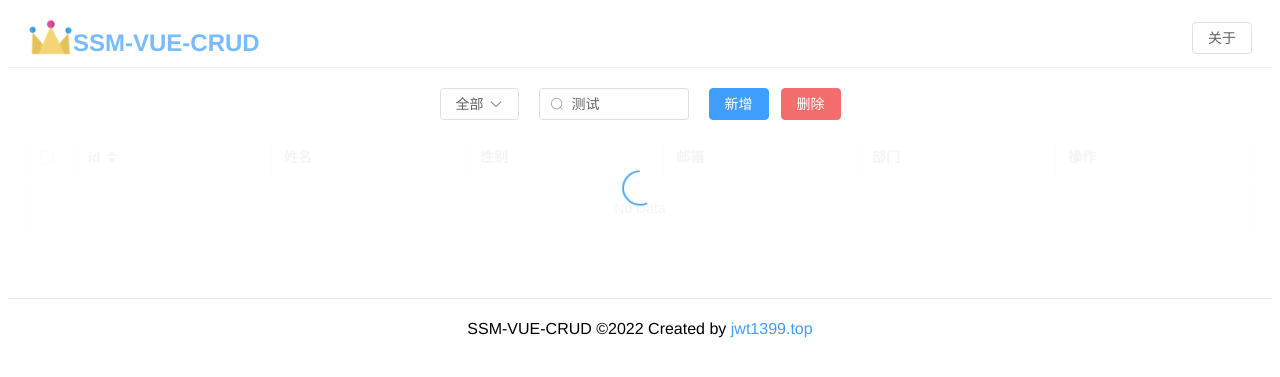
Repository: jwt1399/ssm-vue-crud
Page: / (app in ssm-crud-front/)
These files come from the project's save history. The page is drawn as it stood at one moment and after the next save; the edit follows.
The browser window is 1280 px wide. The pictures show the whole page.
The page's requests for data from a server got no answer. The project was rebuilt for these pictures with package versions that can differ from the ones it lists, and the page was loaded fresh each time. No one was signed in, and anything a server would have sent is missing. Also part of the build but not shown: ssm-crud-front/vue.config.js.

Above is the page before, as saved 2022-06-17 14:16:58.

### ssm-crud-front/public/index.html
<!DOCTYPE html>
<html lang="zh-Hans">
  <head>
    <meta charset="utf-8">
    <meta http-equiv="X-UA-Compatible" content="IE=edge">
    <meta name="viewport" content="width=device-width,initial-scale=1.0">
    <link rel="icon" href="<%= BASE_URL %>favicon.png">
    <title><%= htmlWebpackPlugin.options.title %></title>
  </head>
  <body>
    <noscript>
      <strong>We're sorry but <%= htmlWebpackPlugin.options.title %> doesn't work properly without JavaScript enabled. Please enable it to continue.</strong>
    </noscript>
    <div id="app"></div>
    <!-- built files will be auto injected -->
  </body>
</html>

### ssm-crud-front/src/main.js
import { createApp } from 'vue'
import App from './App.vue'
import router from './router'
import ElementPlus from 'element-plus'
import 'element-plus/dist/index.css'
import * as ElementPlusIconsVue from '@element-plus/icons-vue'

const app = createApp(App)

//配置全局icon
for (const [key, component] of Object.entries(ElementPlusIconsVue)) {
    app.component(key, component)
  }

app.use(router).use(ElementPlus).mount('#app')

### ssm-crud-front/src/App.vue
<template>
  <Header/>
  <router-view/>
  <Footer/>
</template>


<script setup>
import Header from '@/components/Header.vue'
import Footer from '@/components/Footer.vue'
</script>



<style>
#app {
  font-family: Avenir, Helvetica, Arial, sans-serif;
  -webkit-font-smoothing: antialiased;
  -moz-osx-font-smoothing: grayscale;
  /* text-align: center; */
  /* color: #2c3e50; */
}
</style>


<!-- 不使用script setup语法糖 -->
<!-- <script>
import Header from '@/components/Header.vue'
import Footer from '@/components/Footer.vue'
export default {
    components: {
        Header,
        Footer,
    }
}
</script> -->

### ssm-crud-front/src/router/index.js
import { createRouter, createWebHashHistory } from 'vue-router'
import CrudView from '../views/CrudView.vue'
const routes = [
  {
    path: '/',
    name: 'home',
    component: CrudView
  },
  {
    path: '/about',
    name: 'about',
    // 懒加载
    component: () => import(/* webpackChunkName: "about" */ '../views/AboutView.vue')
  }
]

const router = createRouter({
  history: createWebHashHistory(),
  routes
})

export default router

### ssm-crud-front/src/components/Header.vue
<template>
  <el-header class="header">
      <a href="/" class="nav-link">
        <img class="nav-logo" src="../assets/favicon.png" alt="logo"/>
        <h2 class="nav-title">SSM-VUE-CRUD</h2>
      </a>
    <el-button type="default" size="default" :plain="true" @click="skipAbout()">关于</el-button>
  </el-header>
</template>

<script setup>
import { useRouter } from "vue-router";
import { ElMessage} from "element-plus";


//关于页跳转
const router = useRouter();
const skipAbout = () => {
  // window.location.href='#/about';
  // router.push({path:'about'})
  router.push({ name: "about" }); //路由名
  //弹框提示
  ElMessage({
    showClose: true,
    message: "这是本项目的关于页面！",
    center: true,
    type: "success",
  });
};


</script>

<style scoped>
.header {
  display: flex;
  align-items: center;
  justify-content: space-between;
  width: 100%;
  border-bottom: 1px solid #eee;
  min-width: 800px;
}
.nav-logo {
  height: 45px;
  width: 45px;
  vertical-align: middle;
  display: inline-block;
}
.nav-title {
  /* font-size: 2rem; */
  display: inline-block;
  vertical-align: middle;
  color: #79bbff;
  padding-top: 10px;
}
</style>

<!-- 不使用script setup语法糖 -->
<!-- <script>
import { ref } from 'vue'
import { useRouter } from 'vue-router'
import { Search } from '@element-plus/icons-vue'
export default {
    name: 'Header',
    setup() {
        const defaultText = ref("测试")
        const router = useRouter()
        const skipAbout = ()=>{
        // window.location.href='#/about';
        // router.push({path:'about'})
        router.push({ name: 'about'})
        }
        return {
            skipAbout,
            Search,
            defaultText,
        }
    },
}
</script> -->

### ssm-crud-front/src/components/Footer.vue
<template>
<el-footer class="footer">
    <span>SSM-VUE-CRUD ©2022 Created by </span>
    <a href="https://jwt1399.top" style="text-decoration: none;color: #409eff;"> jwt1399.top</a>
 </el-footer>
</template>

<!-- 不使用script setup语法糖 -->
<!-- <script>
export default{
    name:'Footer',
}
</script> -->

 <style scoped>
.footer {
    /* 显示在底部*/
    position: relative;
    text-align: center;
    width: 100%;
    /* 垂直居中23-24 */
    height: 60px;
    line-height:60px;
    background-color: #fff;
    border-top:1px solid #E7E7E7;
}
</style>

### ssm-crud-front/src/views/CrudView.vue
<template>
  <el-main>
    <!--员工增删查-->
    <div class="table-item">
      <!-- <el-dropdown>
        <el-button size="default">
            全部
          <el-icon class="el-icon--right"><arrow-down/></el-icon>
        </el-button>
        <template #dropdown>
          <el-dropdown-menu>
            <el-dropdown-item>Action 1</el-dropdown-item>
            <el-dropdown-item>Action 2</el-dropdown-item>
          </el-dropdown-menu>
        </template>
      </el-dropdown> -->

        <el-dropdown>
            <el-button size="default">
                全部
            <el-icon class="el-icon--right"><arrow-down/></el-icon>
            </el-button>

            <template #dropdown>
                <el-dropdown-menu>
                <!-- <el-dropdown-item :command="-1">全部</el-dropdown-item> -->
                <el-dropdown-item v-for="(item, index) in DeptList" :command="index" :key="index">
                    {{ item.deptName }}
                </el-dropdown-item>
                </el-dropdown-menu>
            </template>
          </el-dropdown>


      <div class="table-search">
        <el-input placeholder="请输入名字" v-model="defaultText" size="default"
          :prefix-icon="Search"
          @change="searchChange"
          clearable>
        </el-input>
      </div>
      <el-button type="primary" size="default" @click="handleAdd()">新增</el-button>
      <el-button type="danger" size="default" @click="handleBatchDelete()">删除</el-button>
    </div>
    <br/>
    <!--员工列表-->
    <div class="data-table">
      <el-table
        :data="employeeList"
        border
        style="width: 100%"
        v-loading="loading"
        @selection-change="handleSelectionChange"
      >
        <el-table-column type="selection"></el-table-column>
        <el-table-column prop="empId" label="id" sortable></el-table-column>
        <el-table-column prop="empName" label="姓名"></el-table-column>
        <el-table-column prop="gender" label="性别" :formatter="formatterSex"></el-table-column>
        <el-table-column prop="email" label="邮箱"></el-table-column>
        <el-table-column prop="department.deptName" label="部门"></el-table-column>
        <el-table-column label="操作">
          <template #default="scope">
            <el-button
              type="primary"
              size="large"
              :icon="Edit"
              @click="handleEdit(scope.$index, scope.row)"
              circle
            >
            </el-button>
            <el-button
              type="danger"
              size="large"
              :icon="Delete"
              @click="handleDelete(scope.$index, scope.row)"
              circle
            >
            </el-button>
          </template>
        </el-table-column>
      </el-table>
    </div>
    <!--分页-->
    <div class="table-pagination">
      <el-pagination
        v-model:current-page="pageNum"
        v-model:page-size="pageSize"
        :page-sizes="[5, 10, 15, 20]"
        :small="small"
        :disabled="disabled"
        :background="background"
        layout="total, sizes, prev, pager, next, jumper"
        :total="total"
        @size-change="handleSizeChange"
        @current-change="handleCurrentChange"
      >
      </el-pagination>
    </div>
  </el-main>

  <!--修改/添加表单-->
  <el-dialog
    v-model="dialogFormVisible"
    :title="editNameDisabled ? '修改' : '添加'"
    @close="dialogClose">
    <el-form
      :model="EmpForm"
      :rules="rules"
      ref="formRef"
      label-position="right"
      label-width="80px"
      status-icon>
      <el-form-item label="姓名" prop="empName">
        <el-input v-model="EmpForm.empName" :disabled="editNameDisabled"></el-input>
      </el-form-item>
      <el-form-item label="邮箱" prop="email">
        <el-input v-model="EmpForm.email"></el-input>
      </el-form-item>
      <el-form-item label="性别" prop="gender">
        <el-radio-group v-model="EmpForm.gender">
          <el-radio :label="1" border size="default">男</el-radio>
          <el-radio :label="2" border size="default">女</el-radio>
        </el-radio-group>
      </el-form-item>
      <el-form-item label="所属部门" prop="dId">
        <el-select v-model="EmpForm.dId" placeholder="请选择部门">
            <el-option v-for="(item,index) in DeptList" :key="index" :label="item.deptName" :value="item.deptId">
            </el-option>
        </el-select>
      </el-form-item>
    </el-form>
    <template #footer>
      <span class="dialog-footer">
        <el-button @click="resetForm">取消</el-button>
        <el-button @click="addSubmit" type="primary" >确定</el-button>
      </span>
    </template>
  </el-dialog>
</template>

<script setup>
import { ElMessage, ElMessageBox } from "element-plus";
import { ref, onBeforeMount, reactive } from "vue";
import { Search, Edit, Delete } from "@element-plus/icons-vue";
import axios from "axios";

/**
 * 员工增删改查
 */
// 新增按钮
const handleAdd = (index, row) => {
    console.log(index, row);
    getAllDept();
    editNameDisabled.value = false;
    dialogFormVisible.value = true;
};
// 批量删除按钮
const handleBatchDelete = () => {
  if (batchIds.length == 0) {
    ElMessage({
      message: "最少选择一位员工！",
      type: "warning",
    });
    return;
  }
  ElMessageBox.confirm("此操作将永久删除该信息, 是否继续?", "提示", {
    confirmButtonText: "确定",
    cancelButtonText: "取消",
    type: "warning",
  })
    .then(() => {
      axios
        .batchDeleteEmployee({
          ids: batchIds,
        })
        .then((res) => {
          ElMessage({
            type: "success",
            message: res.msg,
          });
          this.getEmployeeList();
        })
        .catch((res) => {
          ElMessage({
            type: "info",
            message: res.msg,
          });
        });
    })
    .catch(() => {
      ElMessage({
        type: "info",
        message: "删除取消",
      });
    });
};

const defaultText = ref("测试");
//查询输入框
const searchChange = (val) => {
  console.log(val);
  getEmployeeList();
};




/**
 * 分页相关
 **/
const pageNum = ref(1);
const pageSize = ref(5);
const small = ref(false);
const background = ref(true);
const disabled = ref(false);
const total = ref(null);
const handleSizeChange = (val) => {//每页条目数
  console.log(`每页条目数：${val}`);
  getEmployeeList(pageNum.value, val);
};
const handleCurrentChange = (val) => {//当前页面
  console.log(`当前页面: ${val}`);
  getEmployeeList(val, pageSize.value);
};



//勾选框改变
let batchIds = ref(null);
const handleSelectionChange = (arr) => {
  console.log(arr);
  var arrs = [];
  for (var i = 0; i < arr.length; i++) {
    arrs.push(arr[i].empId);
  }
  batchIds = arrs.join();
  console.log(batchIds);
};

//获取员工数据
const employeeList = ref([]);
const loading = ref(true); //加载动画
function getEmployeeList(pageNum, pageSize) {
  axios
    .get("api/ssm_crud_back/employees/", {
      params: {
        pageNum: pageNum,
        pageSize: pageSize,
      },
    })
    .then(function (res) {
      console.log("所有员工信息：" , res.data);
      loading.value = false;
      employeeList.value = res.data.data.pageInfo.list;
      total.value = res.data.data.pageInfo.total;
      pageSize = res.data.data.pageInfo.pageSize;
      pageNum = res.data.data.pageInfo.pageNum;
    })
    .catch(function (error) {
      console.log(error);
    });
}
// 性别格式化
const formatterSex = (row, column) => {
  return row.gender == 1 ? "男" : "女";
};

// 删除按钮
const handleDelete = (index, row) => {
  console.log(index, row);
  ElMessageBox.confirm("此操作将永久删除该信息, 是否继续?", "提示", {
    confirmButtonText: "确定",
    cancelButtonText: "取消",
    type: "warning",
  })
    .then(() => {
      deleteEmployee(row.empId);
    })
    .catch(() => {
      ElMessage({ type: "info", message: "删除取消" });
    });
};
// 删除员工信息
function deleteEmployee(empId) {
  axios
    .delete(`api/ssm_crud_back/delete/${empId}`)
    .then((response) => {
      if (response.data.code == 100) {
        getEmployeeList();
        ElMessage({ type: "success", message: "删除成功" });
      } else {
        ElMessage({ type: "error", message: "删除失败" });
      }
    })
    .catch((error) => {
      console.log(error);
    });
}

let EmpForm = ref({
  empName: "",
  email: "",
  gender: "",
  dId: "",
  department: {
    deptId: "",
    deptName: "",
  },
});

// const EmpForm = ref({});
// 查询单个员工信息
function getEmployee(empId) {
  axios
    .get(`api/ssm_crud_back/emp/${empId}`)
    .then((response) => {
        console.log("单个员工信息：",response.data);
        EmpForm.value = response.data.data.emp;
        console.log(EmpForm);
    })
    .catch((error) => {
        console.log(error);
    });
}

//显示/隐藏对话框
let dialogFormVisible = ref(false);
//名字是否可编辑
let editNameDisabled = ref(false);

// 修改按钮
const handleEdit = (index, row) => {
  console.log(index, row);
  console.log(row.empId);
  getEmployee(row.empId);
  getAllDept();
  editNameDisabled.value = true;
  dialogFormVisible.value = true;
};

// 更新员工信息
function updateEmp(params) {
  axios.put("api/ssm_crud_back/update", {...params})
    .then((response) => {
        console.log(response.data)
      if (response.data.code == 100) {
        ElMessage({ type: "success", message: "更新成功" });
        getEmployeeList();
      } else {
        ElMessage({ type: "error", message: "更新失败" });
      }
    })
    .catch((error) => {
      console.log(error);
    });
}

onBeforeMount(() => {
  getEmployeeList();
});

let DeptList = ref({})
//获取所有部门
function getAllDept() {
    axios.get("api/ssm_crud_back/dept")
    .then(res => {
        console.log("部门信息：",res.data);
        DeptList.value = res.data.data.dept;
    })
    .catch(error => {
      console.log(error);
    });
}




//表单验证
const rules = reactive({
  empName: [
    {
      required: true,
      message: "请输入姓名",
      trigger: "blur",
    },
    {
      min: 1,
      max: 15,
      message: "长度应该1 ～ 15",
      trigger: "blur",
    },
  ],
  email: [
    {
      required: true,
      message: "请输入正确邮箱",
      trigger: "blur",
      pattern: /^[A-Za-z0-9\u4e00-\u9fa5]+@[a-zA-Z0-9_-]+(\.[a-zA-Z0-9_-]+)+$/,
    },
  ],
  gender: [
    {
      required: true,
      message: "请选择性别",
      trigger: "blur",
    },
  ],
  dId: [
    {
      required: true,
      message: "请选择部门",
      trigger: "blur",
    },
  ],
  department: [
    {
      required: true,
      message: "请选择部门",
      trigger: "blur",
    },
  ],
});

let formRef = ref(null);
// onMounted(()=>{
//     console.log(formRef.value)
// });



//表单验证
function submitForm() {
  let flag = false;
  formRef.value.slotsvalidate((valid) => {
    if (valid) {
      flag = true;
    } else {
      flag = false;
      return false;
    }
  });
  return flag;
}

function resetForm() {
  formRef.value.resetFields();
  dialogFormVisible.value = false;
}

function dialogClose() {
  console.log(formRef.value);
  formRef.value.resetFields();
}

//提交
function addSubmit() {
//   const valid = submitForm();
  const valid = true;
  if (valid) {
    if (editNameDisabled) {
      updateEmp(EmpForm.value);
    } else {
      addEmp(EmpForm.value);
    }
    dialogFormVisible.value = false;
  }
}




</script>

<style scoped>
.table-pagination {
  display: flex;
  justify-content: center;
  padding: 20px;
}
.table-item {
  display: flex;
  justify-content:center;
}

.table-search {
  width: 150px;
  margin: 0 20px;
}
</style>

<!-- 不使用script setup语法糖 -->
<!-- <script>
import { ref,onBeforeMount } from 'vue'
import { Edit, Delete } from '@element-plus/icons-vue'
import axios from 'axios'
export default {
    name: 'CrudView',
    setup(){
        //分页相关
        const pageNum = ref(1)
        const pageSize = ref(5)
        const small = ref(false)
        const background = ref(true)
        const disabled = ref(false)
        const total = ref(null)
        const handleSizeChange = (val) => {
            console.log(`每页条目数：${val}`)
            getEmployeeList(pageNum.value,val)
        }
        const handleCurrentChange = (val) => {
            console.log(`当前页面: ${val}`)
            getEmployeeList(val,pageSize.value)
        }

        //获取员工数据
        const loading = ref(false)
        let batchIds = ref(null)
        const handleSelectionChange = (arr) => {
            console.log(arr)
            var arrs = [];
            for (var i = 0; i < arr.length; i++) {
                arrs.push(arr[i].empId);
            }
            batchIds = arrs.join();
            console.log(batchIds)
        }

        const handleEdit = (index, row) => {
            console.log(index, row)
        }

        const handleDelete = (index, row) => {
            console.log(index, row)
        }
        const employeeList =ref([])
        function getEmployeeList(pageNum,pageSize){
            axios.get("api/ssm_crud_back/employees/", {
                params: {
                    pageNum: pageNum,
                    pageSize: pageSize,
                }
            }).then(function(res) {
                console.log(res.data)
                loading.value = false
                employeeList.value = res.data.data.pageInfo.list
                total.value = res.data.data.pageInfo.total
                pageSize = res.data.data.pageInfo.pageSize
                pageNum = res.data.data.pageInfo.pageNum
            }).catch(function(error) {
                console.log(error);
            });
        }
        onBeforeMount(()=>{
            getEmployeeList();
        })
        // 性别格式化
        const formatterSex = (row, column)=>{
            return row.gender == 1 ? "男" : "女";
        };

        return{
            employeeList,
            getEmployeeList,
            pageNum,
            pageSize,
            total,
            small,
            disabled,
            background,
            formatterSex,
            handleSizeChange,
            handleCurrentChange,
            Edit,
            Delete,
            loading,
            handleSelectionChange,
            handleEdit,
            handleDelete,
        }
    }
}
</script> -->

After the next save:
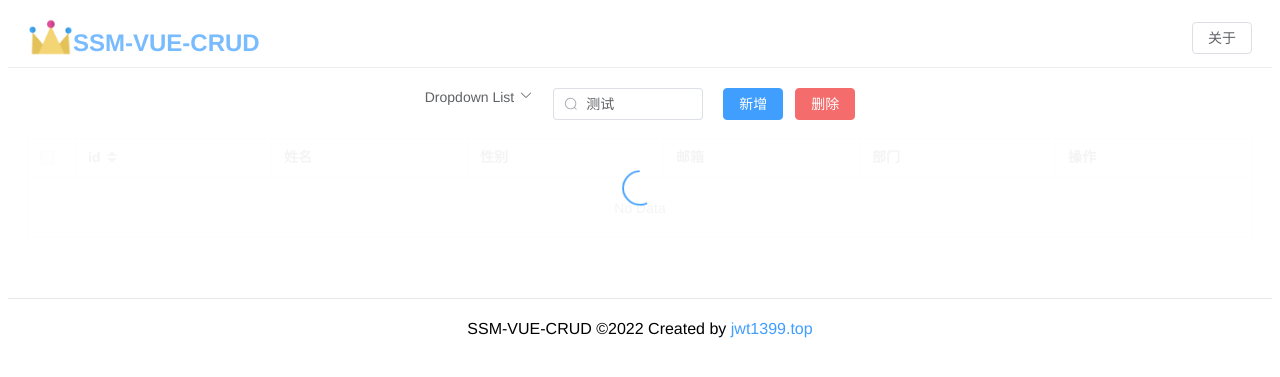
Saved 64 s later.
--- a/ssm-crud-front/src/views/CrudView.vue
+++ b/ssm-crud-front/src/views/CrudView.vue
@@ -15,12 +15,15 @@
         </template>
       </el-dropdown> -->
 
-        <el-dropdown>
+        <!-- <el-dropdown>
             <el-button size="default">
                 全部
             <el-icon class="el-icon--right"><arrow-down/></el-icon>
-            </el-button>
-
+            </el-button> -->
+          <el-dropdown @command="handleCommand">
+            <span class="el-dropdown-link">
+            Dropdown List<el-icon class="el-icon--right"><arrow-down /></el-icon>
+            </span>
             <template #dropdown>
                 <el-dropdown-menu>
                 <!-- <el-dropdown-item :command="-1">全部</el-dropdown-item> -->
